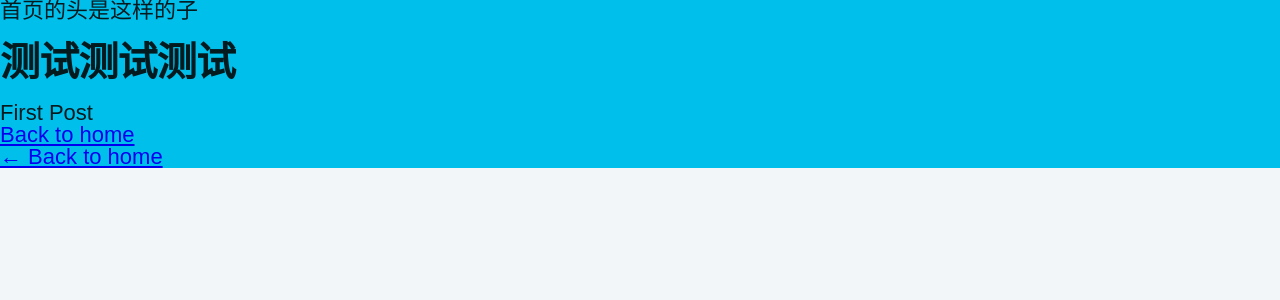
Repository: happy760690/nextjs-react
Page: /posts/first-post
The author's editor kept a copy of each file at every save. The page is drawn from the files as they stood at one save, then again after the next save.
The browser window is 1280 px wide. The pictures show the whole page.
The project was rebuilt for these pictures with package versions that can differ from the ones it lists, and the page was loaded fresh each time. The framework's server and built-in components were replaced by stand-ins that run in the browser. Also part of the build but not shown: next.config.js.

Above is the page before, as saved 2021-07-09 16:50:42.

After the next save:
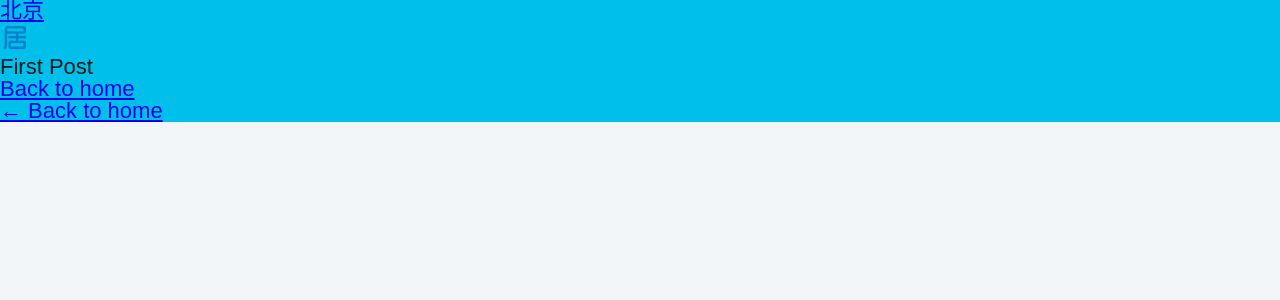
Saved 2 min 53 s later.
--- a/components/headerTemplate.tsx
+++ b/components/headerTemplate.tsx
@@ -18,8 +18,22 @@ export default function headerTemplate({ city, home}: {
         <header className={styles.header}>
         {home ? (
           <>
-            <span>首页的头是这样的子</span>
-            <h1 className={utilStyles.heading2Xl}>{'测试测试测试'}</h1>
+                <div className="top">
+                  <div className="location">
+                      <a href="###"> <span className="icon icon-location"></span>北京</a>
+                  </div>
+                  <div className="logo">
+                      <img src="./images/logo.png" alt=""/>
+                  </div>
+                  <div className="search-ico">
+                      <a href="#">
+                          <span className="icon icon-search"></span>
+                      </a>
+                  </div>
+                  <div className="user">
+                      <a href="#"><span className="icon icon-user"></span></a>
+                  </div>
+              </div>
           </>
         ) : (
           <>
